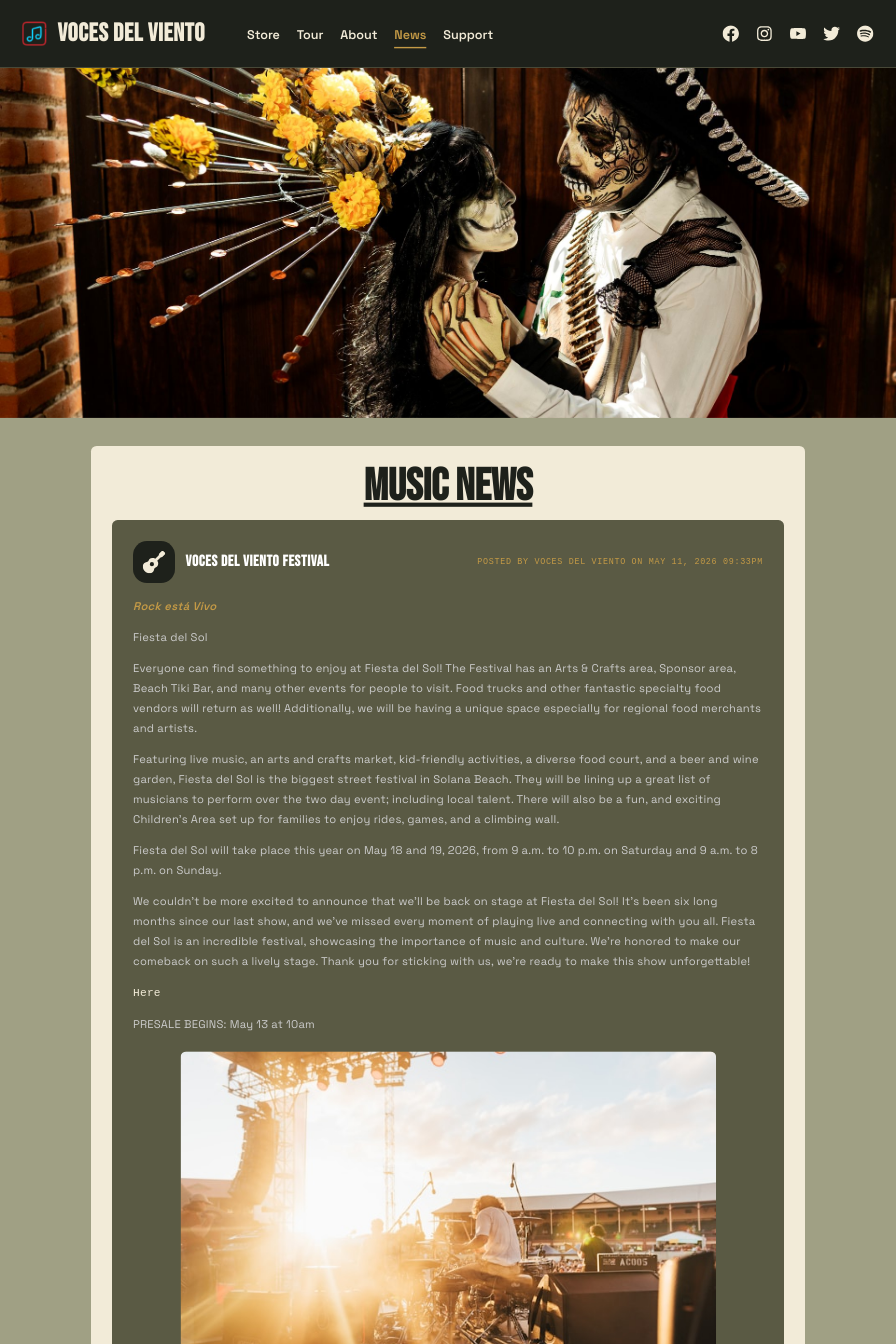
Repository: lime929/voices-del-viento
Page: /news
The author's editor kept a copy of each file at every save. The page is drawn from the files as they stood at one save, then again after a run of saves.
The browser window is 1280 px wide. The pictures show the part of the page from y = 0 to 1920 px (the page is 5473 px tall), at 70% of full size.
The project was rebuilt for these pictures with package versions that can differ from the ones it lists, and the page was loaded fresh each time. The framework's server and built-in components were replaced by stand-ins that run in the browser. Also part of the build but not shown: next.config.mjs.

Above is the page before, as saved 2026-09-26 21:14:41.

### app/layout.jsx
import '../app/globals.css';
import Footer from '../app/components/Footer';
import NavBar from '../app/components/NavBar';


export const metadata = {
  title: "Voces del Viento",
  description:
    "Voces del Viento is a Mexican indie rock band from Michoacán, blending classic Latin rock influences with modern sounds inspired by Caifanes, Juanes, and Los Enanitos Verdes. Discover their heartfelt music, cultural roots, and energetic live performances.",
  keywords: [
    "Voces del Viento",
    "Mexican indie rock",
    "Michoacán, Mexico",
    "Latin rock",
    "Alternative music",
    "band from Mexico",
    "indie music",
  ],
};

export default function MainLayout({ children }) {
  return (
    <html lang="en">
      <body>
        <NavBar />
        {children}
        <Footer />
      </body>
    </html>
  );
}

### app/news/page.jsx
import styles from "./page.module.css";
import Image from "next/image";
import Post from "../components/Post";
import posts from "./posts.json";
import banner from "../../public/images/news/banner.jpg";

export const metadata = {
  title: "Voces del Viento | News",
  description: "Stay up to date with the latest news and updates from Voces del Viento.",
    keywords: [
    "Voces del Viento",
    "news",
    "Music news",
    "band updates",
    "Concert announcements",
    "Album releases",
    "Live performances",
    "Live updates",
  ]
}

export default function NewsPage() {
  return (
    <>
      <Image
        src={banner}
        alt="Band with Mariachi outfits performing on stage"
        sizes="100vw"
        className={styles.bannerImage}
        priority
      />

      <div className={styles.newsContainer}>
        <h2 className={styles.newsTitle}>Music News</h2>

        {posts.map((post) => (
          <Post key={post.id} post={post} />
        ))}
      </div>
    </>
  );
}

### app/globals.css
/* @import url("https://fonts.googleapis.com/css2?family=Bebas+Neue&family=DM+Sans:opsz,wght@9..40,400;9..40,500;9..40,600;9..40,700&family=Space+Mono:wght@400;700&display=swap");
@import url('https://fonts.googleapis.com/css2?family=Space+Grotesk:wght@300..700&display=swap'); */

@import url('https://fonts.googleapis.com/css2?family=Archivo+Black&family=Bebas+Neue&family=DM+Sans:ital,opsz,wght@0,9..40,100..1000;1,9..40,100..1000&family=Oswald:wght@200..700&family=Roboto+Mono:ital,wght@0,100..700;1,100..700&family=Space+Grotesk:wght@300..700&display=swap');
@import "tailwindcss";

@theme {
      /* Large headings and album titles */
  --font-display: "Bebas Neue", sans-serif;
    /* Paragraphs, navigation, and buttons */
  --font-body: "Space Grotesk", sans-serif;
    /* Dates, labels, and small details */
  --font-mono: "Space Mono", monospace;

    /* Main page background */
  --color-band-bg: #A0A084;
    /* Main text, dark sections & footer */
  --color-band-ink: #1E211B;
    /* Text on dark/red backgrounds */
  --color-band-cream: #F2EBD8;
    /* Borders and secondary accents */
  --color-band-olive: #5a5a44;
    /* Small highlights and labels */
  --color-band-gold: #C49A46;
}

body {
  font-family: var(--font-body);
  background-color: var(--color-band-bg);
  color: var(--color-band-ink);
  margin: 0;
  padding: 0;
}

### app/components/Footer.jsx
'use client';

import { usePathname } from "next/navigation";
export default function Footer() {
    const pathname = usePathname();

  return (
    <footer className="border-t border-band-olive bg-band-ink py-8 px-4 sm:px-6">
      <div className="mx-auto max-w-6xl">
        <div className="flex flex-col items-center justify-between gap-8 text-sm md:flex-row">
          {/* Copyright */}
          <div className="order-2 text-center md:order-1 md:text-left">
            <p className="font-semibold text-band-cream">
              © {new Date().getFullYear()}{' '}
              <span className="font-black text-band-cream">Voices Del Viento</span>
            </p>
            <p className="mt-1 font-mono text-xs tracking-wider text-band-gold">
              Made with Next.js, React & Tailwind by Liliana Mendez
            </p>
          </div>

          {/* Right links */}
          <nav className="order-1 flex items-center gap-6 md:order-2">
            <a
              href="/store"
              className={`${
                      pathname === "/store" ? "border-b-2 border-band-gold text-band-gold" : "border-b-2 border-transparent text-band-cream hover:text-band-gold hover:border-band-gold"
                    } text-sm font-semibold pb-1 transition-all`}
            >
              Store
            </a>
            <a
              href="/tour"
              className={`${
                      pathname === "/tour" ? "border-b-2 border-band-gold text-band-gold" : "border-b-2 border-transparent text-band-cream hover:text-band-gold hover:border-band-gold"
                    } text-sm font-semibold pb-1 transition-all`}
            >
              Tour
            </a>
            <a
              href="/about"
              className={`${
                      pathname === "/about" ? "border-b-2 border-band-gold text-band-gold" : "border-b-2 border-transparent text-band-cream hover:text-band-gold hover:border-band-gold"
                    } text-sm font-semibold pb-1 transition-all`}
            >
              About
            </a>
            <a
              href="/news"
              className={`${
                      pathname === "/news" ? "border-b-2 border-band-gold text-band-gold" : "border-b-2 border-transparent text-band-cream hover:text-band-gold hover:border-band-gold"
                    } text-sm font-semibold pb-1 transition-all`}
            >
              News
            </a>
            <a
              href="/support"
              className={`${
                      pathname === "/support" ? "border-b-2 border-band-gold text-band-gold" : "border-b-2 border-transparent text-band-cream hover:text-band-gold hover:border-band-gold"
                    } text-sm font-semibold pb-1 transition-all`}
            >
              Support
            </a>
          </nav>
        </div>
      </div>
    </footer>
  );
}

### app/components/NavBar.jsx
'use client';
import { useState } from "react";
import Link from "next/link";
import Image from "next/image";
import { usePathname } from "next/navigation";
import { FaBars, FaTimes, FaFacebook, FaInstagram, FaYoutube, FaTwitter,FaSpotify } from "react-icons/fa";
import logoIcon from '../../app/icon.png';

export default function NavBar() {
  const [isMobileMenuOpen, setIsMobileMenuOpen] = useState(false);
  const pathname = usePathname();

  return (
    <>
      <nav className="bg-band-ink border-b border-band-olive sticky top-0 z-50">
        <div className="px-4 lg:px-6">
          <div className="relative flex h-24 items-center justify-between">

            {/* Mobile menu button: always positioned absolute left and hidden on md+ screens */}
            <div className="absolute inset-y-0 left-0 flex items-center md:hidden">
              <button
                onClick={() => setIsMobileMenuOpen(!isMobileMenuOpen)}
                className="inline-flex items-center justify-center p-2 rounded-md text-band-cream hover:text-band-gold hover:bg-band-olive/20 focus:outline-none focus:ring-2 focus:ring-band-gold"
                aria-controls="mobile-menu"
                aria-expanded={isMobileMenuOpen}
              >
                <span className="sr-only">Open main menu</span>
                {isMobileMenuOpen ? (
                  <FaTimes className="block h-6 w-6" />
                ) : (
                  <FaBars className="block h-6 w-6" />
                )}
              </button>
            </div>

            <div className="flex flex-1 items-center justify-center md:justify-start">
              <Link href="/" className="flex flex-shrink-0 items-center gap-2 hover:opacity-90 transition">
                <Image
                  src={logoIcon}
                  alt="Voices Del Viento Logo"
                  width={50}
                  height={50}
                  priority
                />

                <span className="hidden font-display text-4xl font-bold uppercase tracking-wide text-band-cream transition-colors hover:text-band-gold md:block md:mr-9">
                Voces Del Viento
                </span>
              </Link>


              <div className="hidden md:ml-6 md:block md:pt-2">
                <div className="flex space-x-4 lg:space-x-6">
                  <Link
                    href="/store"
                    className={`${
                      pathname === "/store" ? "border-b-2 border-band-gold text-band-gold" : "border-b-2 border-transparent text-band-cream hover:text-band-gold hover:border-band-gold"
                    } text-lg font-semibold pb-1 transition-all`}
                  >
                    Store
                  </Link>
                  <Link
                    href="/tour"
                    className={`${
                      pathname === "/tour" ? "border-b-2 border-band-gold text-band-gold" : "border-b-2 border-transparent text-band-cream hover:text-band-gold hover:border-band-gold"
                    } text-lg font-semibold pb-1 transition-all`}
                  >
                    Tour
                  </Link>
                  <Link
                    href="/about"
                    className={`${
                      pathname === "/about" ? "border-b-2 border-band-gold text-band-gold" : "border-b-2 border-transparent text-band-cream hover:text-band-gold hover:border-band-gold"
                    } text-lg font-semibold pb-1 transition-all`}
                  >
                    About
                  </Link>
                  <Link
                    href="/news"
                    className={`${
                      pathname === "/news" ? "border-b-2 border-band-gold text-band-gold" : "border-b-2 border-transparent text-band-cream hover:text-band-gold hover:border-band-gold"
                    } text-lg font-semibold pb-1 transition-all`}
                  >
                    News
                  </Link>
                  <Link
                    href="/support"
                    className={`${
                      pathname === "/support" ? "border-b-2 border-band-gold text-band-gold" : "border-b-2 border-transparent text-band-cream hover:text-band-gold hover:border-band-gold"
                    } text-lg font-semibold pb-1 transition-all`}
                  >
                    Support
                  </Link>
                </div>
              </div>
            </div>

            <div className="absolute inset-y-0 right-0 flex items-center pr-2 md:static md:ml-6 md:pr-0">
              <div className="flex items-center gap-2 text-band-cream">
             <a href="https://www.facebook.com/" target="_blank" className="relative p-2 rounded-full transition-transform duration-250 ease-in-out hover:scale-110 hover:text-band-gold">
                    <FaFacebook className="h-6 w-6" />
                </a>
             <a href="https://www.instagram.com/" target="_blank" className="relative p-2 rounded-full transition-transform duration-250 ease-in-out hover:scale-110 hover:text-band-gold">
                    <FaInstagram className="h-6 w-6"/>
                </a>
             <a href="https://www.youtube.com/" target="_blank" className="relative p-2 rounded-full transition-transform duration-250 ease-in-out hover:scale-110 hover:text-band-gold">
                    <FaYoutube className="h-6 w-6" />
                </a>
             <a href="https://www.x.com/" target="_blank" className="relative p-2 rounded-full transition-transform duration-250 ease-in-out hover:scale-110 hover:text-band-gold">
                    <FaTwitter className="h-6 w-6" />
                </a>
            <a href="https://www.spotify.com/" target="_blank" className="relative p-2 rounded-full transition-transform duration-250 ease-in-out hover:scale-110 hover:text-band-gold">
                    <FaSpotify className="h-6 w-6" />
                </a>
              </div>
            </div>
          </div>
        </div>

        {/* Mobile menu */}
        {isMobileMenuOpen && (
          <div className="md:hidden bg-band-ink/95 backdrop-blur-md border-t border-band-olive px-4 pb-4 pt-2 space-y-1">
            <Link
              href="/store"
              className={`${
                pathname === "/store" ? "bg-band-olive/20 text-band-cream" : "border-b-2 border-transparent text-band-cream hover:bg-band-olive/20 hover:text-band-gold"
              } block rounded-md px-3 py-3 text-base font-semibold transition-colors`}
              onClick={() => setIsMobileMenuOpen(false)}
            >
              Store
            </Link>
            <Link
              href="/tour"
              className={`${
                pathname === "/tour" ? "bg-band-olive/20 text-band-cream" : "border-b-2 border-transparent text-band-cream hover:bg-band-olive/20 hover:text-band-gold"
              } block rounded-md px-3 py-3 text-base font-semibold transition-colors`}
              onClick={() => setIsMobileMenuOpen(false)}
            >
              Tour
            </Link>
            <Link
              href="/about"
              className={`${
                pathname === "/about" ? "bg-band-olive/20 text-band-cream" : "border-b-2 border-transparent text-band-cream hover:bg-band-olive/20 hover:text-band-gold"
              } block rounded-md px-3 py-3 text-base font-semibold transition-colors`}
              onClick={() => setIsMobileMenuOpen(false)}
            >
              About
            </Link>
            <Link
              href="/news"
              className={`${
                pathname === "/news" ? "bg-band-olive/20 text-band-cream" : "border-b-2 border-transparent text-band-cream hover:bg-band-olive/20 hover:text-band-gold"
              } block rounded-md px-3 py-3 text-base font-semibold transition-colors`}
              onClick={() => setIsMobileMenuOpen(false)}
            >
              News
            </Link>
            <Link
              href="/support"
              className={`${
                pathname === "/support" ? "bg-band-olive/20 text-band-cream" : "border-b-2 border-transparent text-band-cream hover:bg-band-olive/20 hover:text-band-gold"
              } block rounded-md px-3 py-3 text-base font-semibold transition-colors`}
              onClick={() => setIsMobileMenuOpen(false)}
            >
              Support
            </Link>
          </div>
        )}
      </nav>
    </>
  );
}

### app/news/page.module.css
.newsTitle {
  font-size: 4rem;
  color: var(--color-band-ink);
  font-family: var(--font-display);
  font-weight: 900;
  font-style: bold;
  text-align: center;
  text-decoration: underline;
  margin-top: -20px;
}

.newsContainer {
  max-width: 1020px;
  margin: 40px auto;
  padding: 30px;
  background-color: var(--color-band-cream);
  border-radius: 8px;
}

.newsContent {
  background-color: var(--color-band-olive);
  padding: 30px;
  border-radius: 8px;
  line-height: 1.8;
  margin-bottom: 50px;
}

.newsPost {
  color: #ccc;
  font-family: var(--font-body);
  font-weight: 400;
  font-style: normal;
  letter-spacing: 0.02em;
  line-height: 1.8;
}

.postHeader {
  display: flex;
  align-items: center;
  width: 100%;
  gap: 15px;
  margin-bottom: 20px;
}

.postLogo {
  display: inline-flex;
  align-items: center;
  justify-content: center;
  padding: 14px;
  background-color: var(--color-band-ink);
  border-radius: 20px;
}

.guitarIcon {
  font-size: 2rem;
  color: var(--color-band-cream);
}

.postTitle {
  flex: 1;
  font-size: 22px;
  font-weight: 700;
  color: #fff;
  line-height: 1.4;
  font-family: var(--font-display);
  letter-spacing: 0.04em;
  text-transform: uppercase;
}

.postMeta {
  font-size: 12px;
  /* color: #bda3a3; */
  color: var(--color-band-gold);
  margin-top: 5px;
  margin-left: auto;
  font-family: var(--font-mono);
  text-transform: uppercase;
  letter-spacing: 0.08em;
}

.postDescription {
  font-style: italic;
  color: var(--color-band-gold);
  margin: 20px 0;
  font-family: var(--font-body);
  font-weight: 600;
  letter-spacing: 0.03em;
}

.newsPost p {
  margin: 15px 0;
}

.newsPost a {
  color: var(--color-band-cream);
  text-decoration: none;
  font-family: var(--font-mono);
}

.newsPostLink {
  color: var(--color-band-cream);
  font-family: var(--font-mono);
  text-decoration: none;
}

.newsPost a:hover,
.newsPostLink:hover {
  text-decoration: underline;
}

.postImage {
  display: block;
  margin: 25px auto 0;
  width: 85%;
  border-radius: 8px;
}

.bannerImage {
  display: block;
  width: 100%;
  height: 500px;
  object-fit: cover;
  object-position: center 40%;
  margin: 0 auto 30px;
}

/* .bannerImage {
  display: block;
  width: 100%;
  height: 500px;
  margin: 0 auto 30px;
} */

### app/components/Post.jsx
import styles from "../news/page.module.css";
import { FaGuitar } from "react-icons/fa";
import Image from "next/image";

export default function Post({ post }) {
  return (
    <div className={styles.newsContent}>
      <div className={styles.newsPost}>
        <div className={styles.postHeader}>
          <span className={styles.postLogo}>
            <FaGuitar className={styles.guitarIcon} aria-hidden="true" />
          </span>
          <h3 className={styles.postTitle}>{post.title}</h3>
          <p className={styles.postMeta}>{post.meta}</p>
        </div>

        {post.description && (
          <p className={styles.postDescription}>{post.description}</p>
        )}

        {post.paragraphs?.map((paragraph, index) => (
          <p key={`${post.id}-paragraph-${index}`}>{paragraph}</p>
        ))}

        {post.link && (
          <p>
            <a href={post.link.href} className={styles.newsPostLink}>
              {post.link.text}
            </a>
          </p>
        )}

        {post.extraLine && <p>{post.extraLine}</p>}

        {post.image && (
          <Image
            src={post.image.src}
            alt={post.image.alt}
            width={1200}
            height={800}
            sizes="100vw"
            className={styles.postImage}
          />
        )}
      </div>
    </div>
  );
}

Loaded but not shown: app/news/posts.json (83 lines, source omitted)

After the next 2 saves:
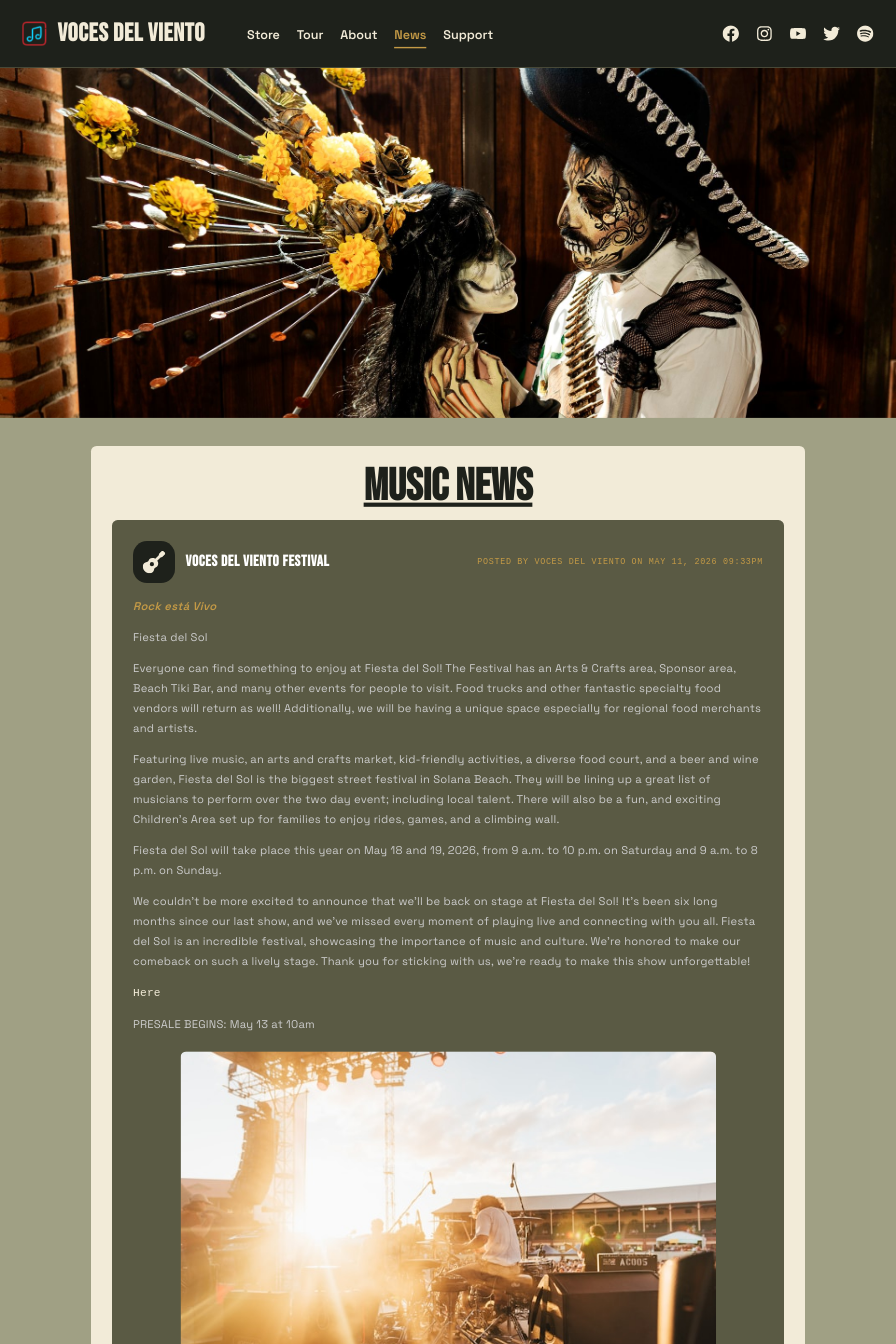
The 2 saves are shown as one change because they came seconds apart.
The last was saved 5 s later.
--- a/app/news/page.module.css
+++ b/app/news/page.module.css
@@ -120,7 +120,7 @@
   width: 100%;
   height: 500px;
   object-fit: cover;
-  object-position: center 40%;
+  object-position: center 15%;
   margin: 0 auto 30px;
 }
 
